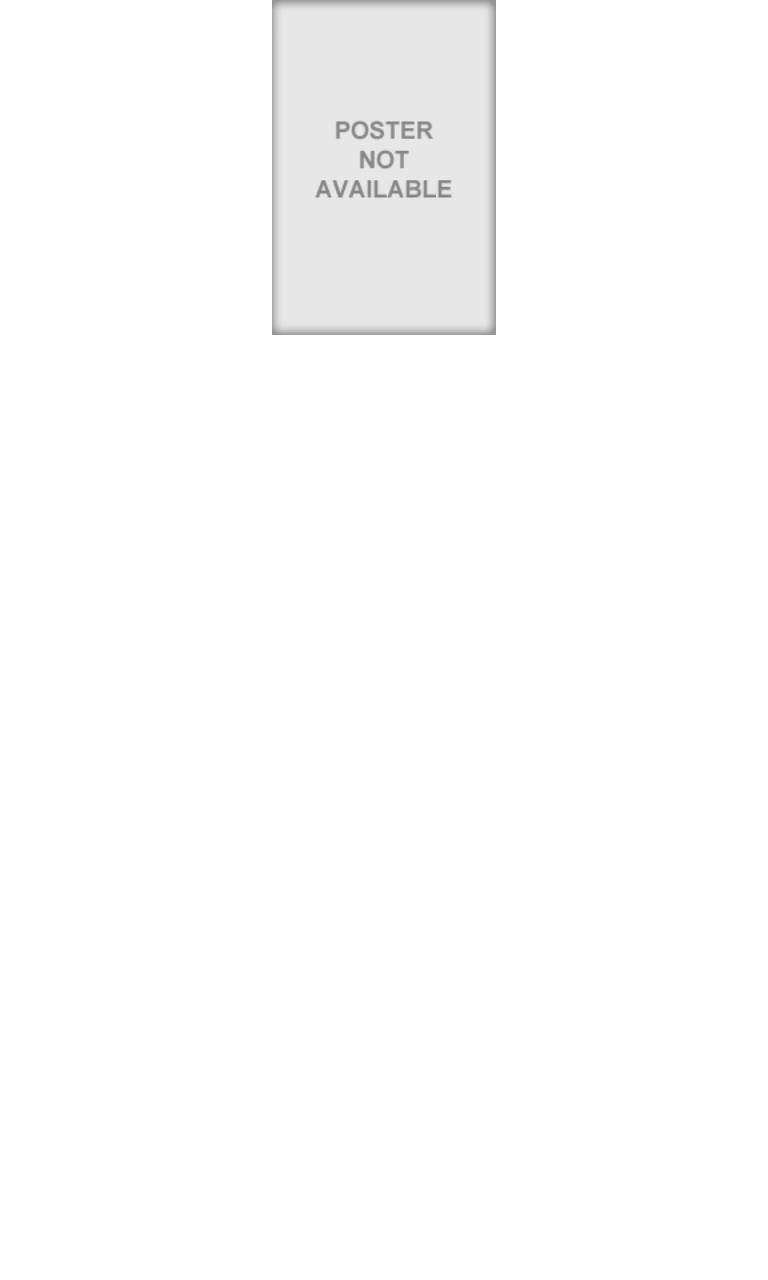
Repository: STracker/STrackerAndroid
Layout: STracker/res/layout/activity_tvshow.xml
The author's editor kept a copy of each file at every save. The layout is drawn from the files as they stood at one save, then again after the next save.
It is drawn on a 768 x 1280 px phone screen (xhdpi) without system bars, with theme AppTheme; the app's code is not run.

Above is the layout before, as saved 2013-05-26 13:39:23.

After the next save:
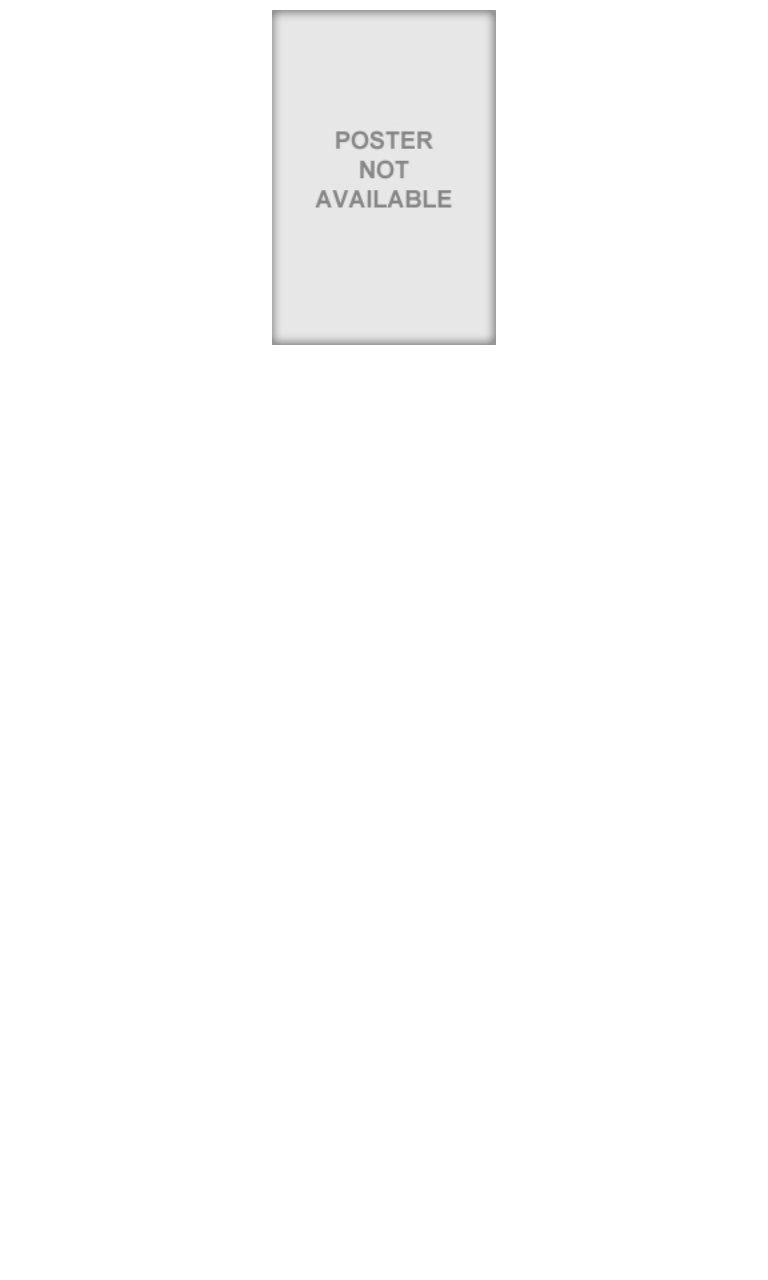
Saved 28 s later.
--- a/STracker/res/layout/activity_tvshow.xml
+++ b/STracker/res/layout/activity_tvshow.xml
@@ -9,6 +9,7 @@
         android:layout_width="wrap_content"
         android:layout_height="wrap_content"
         android:layout_gravity="center"
+        android:layout_marginTop="10px"
         android:contentDescription="@string/poster_desc"
         android:src="@drawable/img_no_poster" />
 
